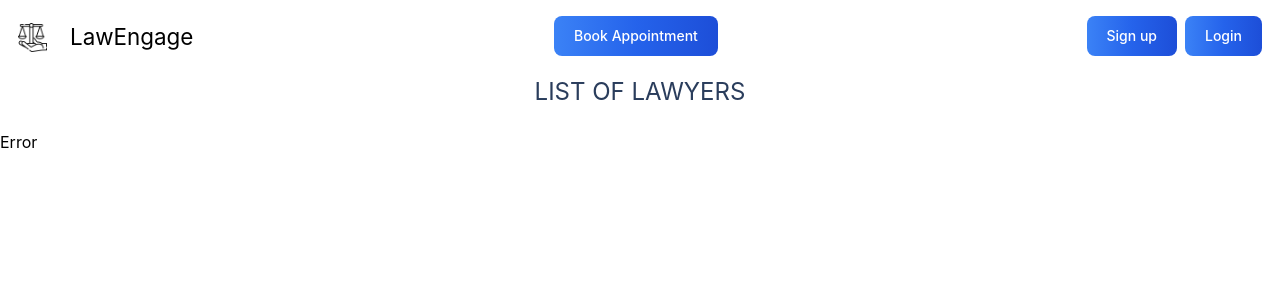
Repository: khushijain8/Lawyer-appointment-application
Page: /book (app in frontend/)
An editor plug-in stored every save of this project. The page is shown before and after the next save, followed by the edit.
The browser window is 1280 px wide. The pictures show the whole page.
The page's requests for data from a server got no answer. The project was rebuilt for these pictures with package versions that can differ from the ones it lists, and the page was loaded fresh each time. No one was signed in, and anything a server would have sent is missing. Also part of the build but not shown: frontend/src/App.css, frontend/src/components/Signup/Signup.css, frontend/src/components/Signup/Signup.jsx, frontend/src/components/Login/Login.css, frontend/src/components/Login/Login.jsx, frontend/src/components/LawyerContainer/LawyerContainer.css, frontend/src/components/LawyerHistoryContainer/LawyerHistoryContainer.jsx, frontend/src/components/Admin/Admin.jsx.

Above is the page before, as saved 2025-01-23 00:46:01.

### frontend/src/index.js
import React from 'react';
import ReactDOM from 'react-dom/client';
import './index.css';
import App from './App';
import reportWebVitals from './reportWebVitals';
import {BrowserRouter} from 'react-router-dom';
import {Provider} from 'react-redux';
import {store} from './redux/store';
const root = ReactDOM.createRoot(document.getElementById('root'));
root.render(
  <React.StrictMode>
    <Provider store={store}>
     <BrowserRouter>
      <App />
    </BrowserRouter>
    </Provider>
  </React.StrictMode>
);

// If you want to start measuring performance in your app, pass a function
// to log results (for example: reportWebVitals(console.log))
// or send to an analytics endpoint. Learn more: https://bit.ly/CRA-vitals
reportWebVitals();

### frontend/src/App.js
import './App.css';

import {Route,Routes} from 'react-router-dom';
import Signup from './components/Signup/Signup';
import {Login} from './components/Login/Login';
import Navbar from './components/Navbar/Navbar';
import Book from './components/Book/Book';
import Admin from './components/Admin/Admin'
function App() {
  return (
    <>
      <Navbar></Navbar>
      <Routes>
        <Route path='/' element={<Signup/>}/>
        <Route path='/signup' element={<Signup/>}/>
        <Route path='/login' element={<Login/>}/>
        <Route path='/book' element={<Book/>}/>
        <Route path='/admin' element={<Admin/>}/>
      </Routes>

    </>
  );
}

export default App;

### frontend/src/redux/store.js
import {configureStore} from '@reduxjs/toolkit'
import LawyerReducer from './Lawyer/lawyerSlice'

export const store=configureStore({
    reducer:{
        lawyer:LawyerReducer
    },
})

### frontend/src/components/Navbar/Navbar.jsx
import React from 'react'
import lawlogo from '../../assets/law.png';
import './Navbar.css';
import {useNavigate} from 'react-router-dom';
function Navbar() {
    const navigate=useNavigate()
  return (
    <div className='navbar flex-col md:flex-row '>
        <div className="left-nav">
            <img className = "logo px-2 py-2" src={lawlogo} alt="logo"></img>
            <span className="heading">LawEngage</span>
        </div>
        <div className='mid-nav flex justify-center items-center'>
            <button class="text-white bg-gradient-to-r from-blue-500 via-blue-600 to-blue-700 hover:bg-gradient-to-br focus:ring-4 focus:outline-none focus:ring-blue-300 dark:focus:ring-blue-800 font-medium rounded-lg text-sm px-5 py-2.5 text-center me-2 mb-2"onClick={()=>navigate('/book')}>Book Appointment</button>
        </div>
        <div className='right-nav flex justify-center items-center '>
            <button class="text-white bg-gradient-to-r from-blue-500 via-blue-600 to-blue-700 hover:bg-gradient-to-br focus:ring-4 focus:outline-none focus:ring-blue-300 dark:focus:ring-blue-800 font-medium rounded-lg text-sm px-5 py-2.5 text-center me-2 mb-2"onClick={()=>navigate('/signup')}>Sign up</button>
            <button class="text-white bg-gradient-to-r from-blue-500 via-blue-600 to-blue-700 hover:bg-gradient-to-br focus:ring-4 focus:outline-none focus:ring-blue-300 dark:focus:ring-blue-800 font-medium rounded-lg text-sm px-5 py-2.5 text-center me-2 mb-2" onClick={()=>navigate('/login')}>Login</button>
        </div>
    </div>
  )
}

export default Navbar

### frontend/src/components/Book/Book.jsx
import React from 'react'
import { LawyerContainer } from '../LawyerContainer/LawyerContainer'
function Book() {
  return (
    <LawyerContainer></LawyerContainer>
  )
}

export default Book

### frontend/src/redux/Lawyer/lawyerSlice.js
import { createAsyncThunk,createSlice} from "@reduxjs/toolkit"
import axios from 'axios';
const initialState={
    loading:false,
    lawyers:[],
    error:'',
    selectedSlot: {
        lawyerId: null,
        slotIndex: null,
    },
}

export const fetchLawyers=createAsyncThunk('Lawyer/fetchLawyers',()=>{
    return axios
    .get("http://localhost:8080/lawyers")
        .then((response) => {
            console.log("API Response:", response.data);
            return response.data;
        })
        .catch((error) => {
            console.log("API Error:", error);
            throw error;
        });
})

export const bookSlot = createAsyncThunk("Lawyer/bookSlot", async (_, { getState, rejectWithValue }) => {
    const {selectedSlot}=getState().lawyer;
    const {lawyerId,slotIndex}=selectedSlot;
    if (!lawyerId || slotIndex === null) {
        return rejectWithValue("Invalid slot or lawyerId");
    }
    try {
      const response = await axios.post("http://localhost:8080/bookSlot", {
        lawyerId,
        slotIndex,
      });

      console.log("Slot booked successfully:", response.data);
      return { lawyerId, slotIndex };
    } catch (error) {
        console.log(lawyerId,slotIndex);
        console.error("Failed to book slot:", error);
        return rejectWithValue(error.response?.data || "Booking failed");
      }
    }
  );



const lawyerSlice=createSlice({
    name:'lawyer',
    initialState,
    reducers: {
        selectSlot:(state,action)=>{
          state.selectedSlot = action.payload;
        }
      },

    extraReducers:builder=>{
        builder.addCase(fetchLawyers.pending,state=>{
            state.loading=true
            console.log("Fetch lawyers faileda");
        })
        builder.addCase(fetchLawyers.fulfilled,(state,action)=>{
            state.loading=false
            state.lawyers=action.payload
            state.error=''
            console.log("Fetch lawyers failedb");
        })
        builder.addCase(fetchLawyers.rejected,(state,action)=>{
            state.loading=false
            state.error=action.error.message
            state.lawyers=[]
            console.log("Fetch lawyers failedc");
        })
        builder.addCase(bookSlot.pending,state=>{
            state.loading=true
            console.log("Fetch lawyers faileda");
        })
        builder.addCase(bookSlot.fulfilled,(state,action)=>{
            state.loading=false
            const {lawyerId,slotIndex}=action.payload;
            const lawyer=state.lawyers.find((l) => l._id === lawyerId);
            if (lawyer) {
              lawyer.availability[slotIndex].isAvailable=false;
            }
        })
        builder.addCase(bookSlot.rejected,(state,action)=>{
            state.loading=false
            state.error=action.error.message
            state.lawyers=[]
            console.log("Fetch lawyers failedc");
        })
    },

})
export const { selectSlot } = lawyerSlice.actions;
export default lawyerSlice.reducer;

### frontend/src/components/Navbar/Navbar.css
.logo{
    width:45px;
    height:45px;
}
.navbar{
    margin:10px;
    display:flex;
    justify-content : space-between;
}
.left-nav{
    display: flex;
    justify-content: start;
    gap:15px;
    align-items:center; /* for heading (lawengage to be at the center of the logo)*/
}
.mid-nav{
    margin-top:6px;
}
.right-nav{
    margin-top:6px;
}
.heading{
    font-size: 1.4rem;
    font-weight: normal;
}

### frontend/src/components/LawyerContainer/LawyerContainer.jsx
import React, { useEffect } from 'react'
import { fetchLawyers,bookSlot,selectSlot } from '../../redux/Lawyer/lawyerSlice'
import { useDispatch ,useSelector} from 'react-redux'
import './LawyerContainer.css'
export const LawyerContainer=()=> {
    const lawyer=useSelector((state)=>state.lawyer);
    const dispatch=useDispatch();
    useEffect(()=>{
        dispatch(fetchLawyers());
    },[dispatch])

    const handleBook = (lawyerId, slotIndex) => {
        dispatch(selectSlot({ lawyerId, slotIndex }));
        dispatch(bookSlot());
      };
    return (
        <div>
        <h2>LIST OF LAWYERS</h2>
        {lawyer.loading &&<div>Loading...</div>}
        {!lawyer.loading && lawyer.error?<div>Error</div>:null}
        {!lawyer.loading && lawyer.lawyers.length?(
           <div className="parent-div">
           {lawyer.lawyers.map((lawyer) => (
             <div className="inner-div" key={lawyer.email}>
               <h2 className="font-bold">{lawyer.name}</h2>
               <p><strong>Email:</strong> {lawyer.email}</p>
               <p><strong>Speciality:</strong> {lawyer.speciality.join(", ")}</p>
               <p><strong>Cost Per Appointment:</strong> ₹{lawyer.costPerAppointment}</p>
               <p><strong>Availability:</strong></p>
               <ul style={{ paddingLeft: "20px" }}>
                 {lawyer.availability.map((slot, index) => (
                   <li key={index}>
                    {slot.date} - {slot.time}
                    {slot.isAvailable ?
                    <>
                        <span className='mx-4' >  Available  </span>
                        <button className="text-white bg-gradient-to-r from-blue-500 via-blue-600 to-blue-700 hover:bg-gradient-to-br focus:ring-4 focus:outline-none focus:ring-blue-300 dark:focus:ring-blue-800 font-medium rounded-lg text-sm px-5 py-2.5 text-center me-2 mb-2" onClick={() => handleBook(lawyer._id, index)} >Book</button>
                    </>
                    :
                     <span className='mx-4' >  Not Available  </span>}
                   </li>
                 ))}
               </ul>
             </div>
           ))}
         </div>

        ):null}

        </div>

    )
}

### frontend/src/components/LawyerHistoryContainer/LawyerHistoryContainer.css
.lawyer-cards-container {
    display: flex;
    flex-wrap: wrap;
    gap: 20px;
    justify-content: space-around;
    margin:15px;
    align-items:center

}
.lawyer-card {
    border: 1px solid #ddd;
    border-radius: 8px;
    padding: 16px;
    width: 650px;
    box-shadow: 0 4px 6px rgba(0, 0, 0, 0.1);
    transition: transform 0.2s ease;

}
.lawyer-card:hover {
    transform: translateY(-5px);
}

.lawyer-card h3 {
    color: #2a3d5c;
    font-size: 20px;
    margin-bottom: 10px;
}

.lawyer-card ul {
    padding-left: 20px;
}

.lawyer-card p {
    font-size: 14px;
    color: #777;
}
h2 {
    text-align: center;
    font-size: 24px;
    color: #2a3d5c;
    margin-bottom: 20px;
}

Loaded but not shown: frontend/public/index.html (common file); frontend/src/index.css (common file); frontend/src/reportWebVitals.js (common file); frontend/tailwind.config.js (common file)

After the next save:
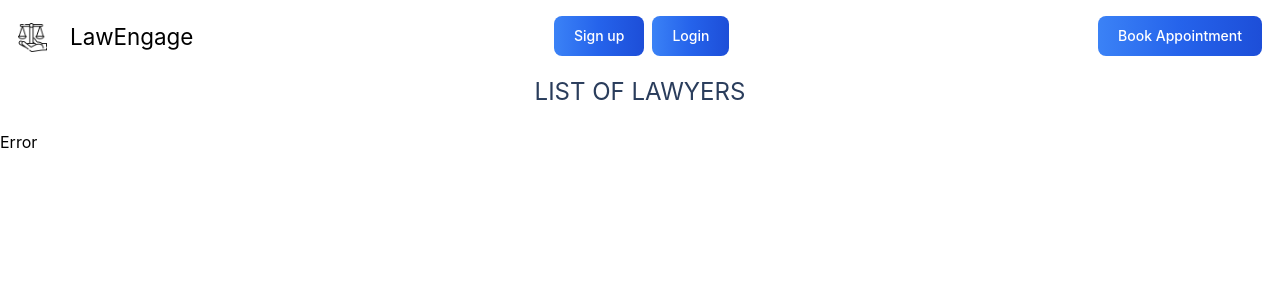
Saved 110 s later.
--- a/frontend/src/components/Navbar/Navbar.jsx
+++ b/frontend/src/components/Navbar/Navbar.jsx
@@ -10,10 +10,10 @@
             <img className = "logo px-2 py-2" src={lawlogo} alt="logo"></img>
             <span className="heading">LawEngage</span>
         </div>
-        <div className='mid-nav flex justify-center items-center'>
+        <div className='mid-nav flex justify-center items-center  md:order-3'>
             <button class="text-white bg-gradient-to-r from-blue-500 via-blue-600 to-blue-700 hover:bg-gradient-to-br focus:ring-4 focus:outline-none focus:ring-blue-300 dark:focus:ring-blue-800 font-medium rounded-lg text-sm px-5 py-2.5 text-center me-2 mb-2"onClick={()=>navigate('/book')}>Book Appointment</button>
         </div>
-        <div className='right-nav flex justify-center items-center '>
+        <div className='right-nav flex justify-center items-center md:order-2'>
             <button class="text-white bg-gradient-to-r from-blue-500 via-blue-600 to-blue-700 hover:bg-gradient-to-br focus:ring-4 focus:outline-none focus:ring-blue-300 dark:focus:ring-blue-800 font-medium rounded-lg text-sm px-5 py-2.5 text-center me-2 mb-2"onClick={()=>navigate('/signup')}>Sign up</button>
             <button class="text-white bg-gradient-to-r from-blue-500 via-blue-600 to-blue-700 hover:bg-gradient-to-br focus:ring-4 focus:outline-none focus:ring-blue-300 dark:focus:ring-blue-800 font-medium rounded-lg text-sm px-5 py-2.5 text-center me-2 mb-2" onClick={()=>navigate('/login')}>Login</button>
         </div>

After the save that followed:
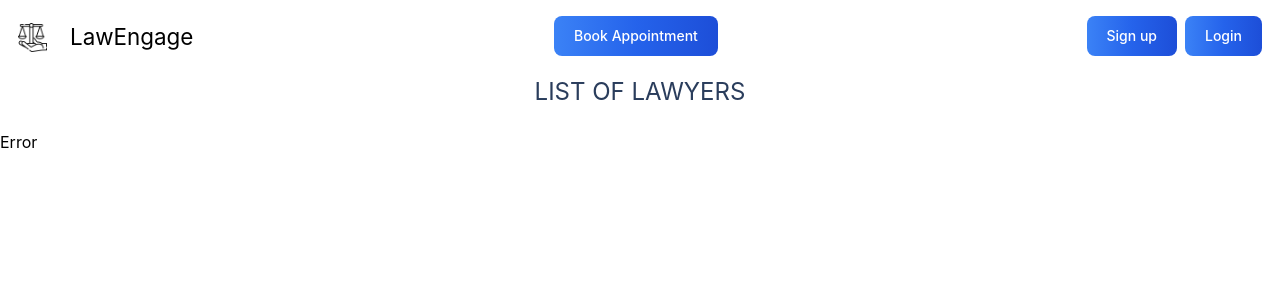
Saved 15 s later.
--- a/frontend/src/components/Navbar/Navbar.jsx
+++ b/frontend/src/components/Navbar/Navbar.jsx
@@ -10,7 +10,7 @@
             <img className = "logo px-2 py-2" src={lawlogo} alt="logo"></img>
             <span className="heading">LawEngage</span>
         </div>
-        <div className='mid-nav flex justify-center items-center  md:order-3'>
+        <div className='mid-nav flex justify-center items-center  md:order-1'>
             <button class="text-white bg-gradient-to-r from-blue-500 via-blue-600 to-blue-700 hover:bg-gradient-to-br focus:ring-4 focus:outline-none focus:ring-blue-300 dark:focus:ring-blue-800 font-medium rounded-lg text-sm px-5 py-2.5 text-center me-2 mb-2"onClick={()=>navigate('/book')}>Book Appointment</button>
         </div>
         <div className='right-nav flex justify-center items-center md:order-2'>
